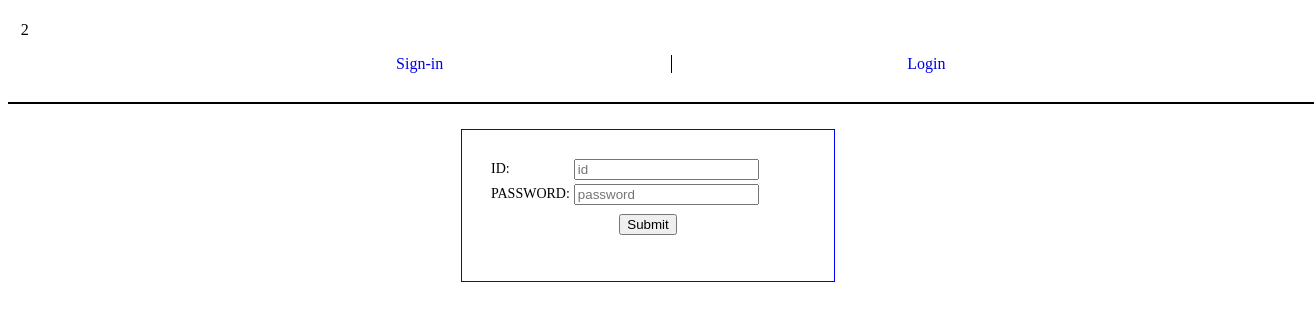
Repository: moshe31sh/Java_ee_final_project_todo_list
Page: http://localhost/Toto_list_final_project/login.jsp
An editor plug-in stored every save of this project. The page is shown before and after the next save, followed by the edit.
The browser window is 1280 px wide. The page is 1314 px wide, so the pictures cover 1314 px, including what lies to the right of the window. The pictures show the whole page.
The page is served by Tomcat 9. Other server files are loaded and not shown.

Above is the page before, as saved 2015-12-05 22:13:28.

### Toto_list_final_project/WebContent/login.jsp
<%@ page language="java" contentType="text/html; charset=ISO-8859-1"
    pageEncoding="ISO-8859-1"  errorPage="/exception_page.jsp"%>
<!DOCTYPE html PUBLIC "-//W3C//DTD HTML 4.01 Transitional//EN" "http://www.w3.org/TR/html4/loose.dtd">
<html>
<head>
<meta http-equiv="Content-Type" content="text/html/; charset=ISO-8859-1">
<link rel="stylesheet" type="text/css" href="./CSS/style.css">

<title>Login</title>
</head>
<body>
<nav id="navigation-menu">2<ul>
<li><a href="./Signin.jsp">Sign-in</a></li>
<li><a href="./Login.jsp">Login</a></li>
</ul></nav>
<form id="login-form" method="post" action="AuthenticationController">
    <table>
    <tr><td>id:</td><td><input  type="text" placeholder="id" name="id"  title="Inset Id"/></td></tr>
    <tr><td>password:</td><td><input type="password" size ="20" name="password" placeholder="password" title="Inset Pass"/></td></tr>
</table>

    <input class="submit" type="submit"/>
</form>

</body>
</html>

### Toto_list_final_project/WebContent/CSS/style.css
body{
	width:100%;
}

#login-form{
	display:block;
	width: 25%;
	border: solid 1px blue;
	min-height: 100px;
	margin-left:auto;
	margin-right:auto;
	padding: 2%;
	font-size: 14px;
    text-transform: uppercase;

}

.submit{
	display:block;
	margin-left:auto;
	margin-right:auto;
	margin-top:2%;
}
nav{
	fixed:top;
	min-height: 15px;
	width: 100%;
	padding:1%;
	border-bottom: 2px solid black;
	margin-bottom: 2%
}
ul{
	width:80%;
	margin-left:auto;
	margin-right:auto;
}
li{
	display:inline-block;
	width:49%;
	text-align:center;
}
#navigation-menu > ul > li:nth-child(1){
	border-right: 1px solid black;
}
a{
	text-decoration: none;
}

After the next save:
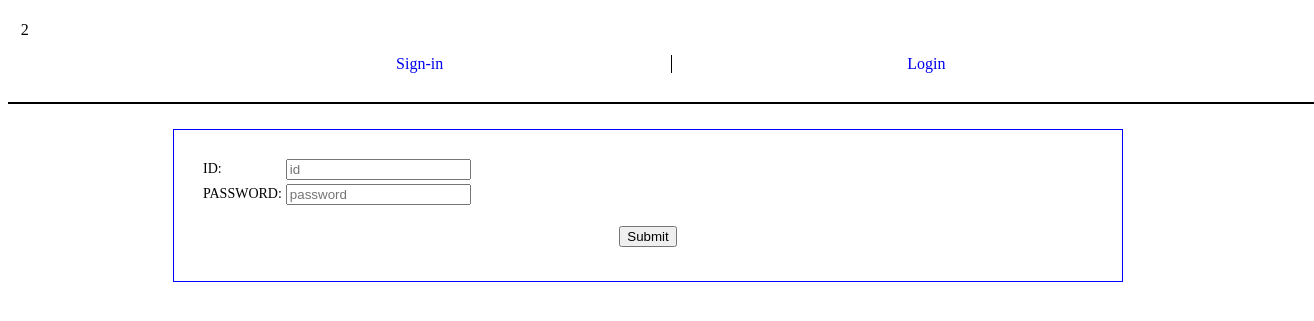
Saved 33 h 35 min later.
--- a/Toto_list_final_project/WebContent/CSS/style.css
+++ b/Toto_list_final_project/WebContent/CSS/style.css
@@ -4,7 +4,7 @@ body{
 
 #login-form{
 	display:block;
-	width: 25%;
+	width: 70%;
 	border: solid 1px blue;
 	min-height: 100px;
 	margin-left:auto;
